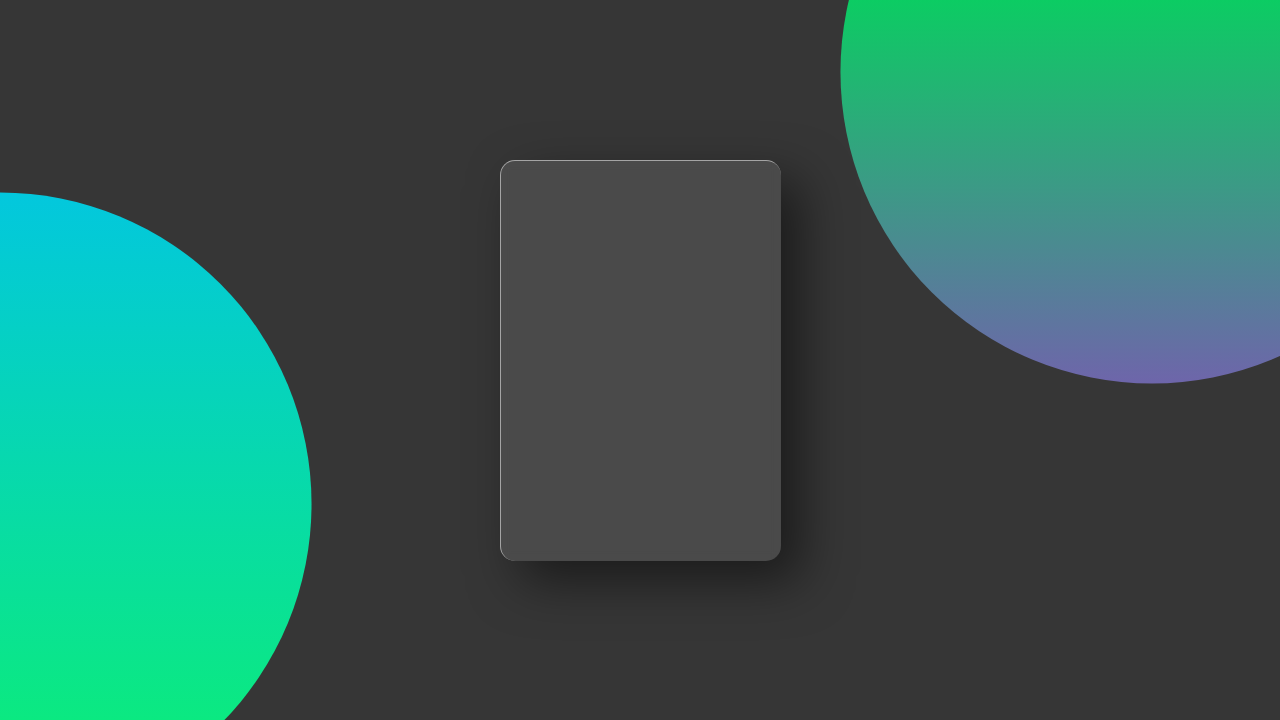
Repository: spike004/test-fb
Page: index.html
These files come from the project's save history. The page is drawn as it stood at one moment and after the next save; the edit follows.
The browser window is 1280 px wide. The pictures show the whole page.

Above is the page before, as saved 2022-02-06 10:33:24.

### index.html
<!DOCTYPE html>
<html lang="en">
<head>
    <meta charset="UTF-8">
    <meta http-equiv="X-UA-Compatible" content="IE=edge">
    <meta name="viewport" content="width=device-width, initial-scale=1.0">
    <title>Document</title>
    <link rel="stylesheet" href="./glassmorph-card.css">
    <meta property="og:url"           content="https://spike004.github.io/test-fb" />
<meta property="og:type"          content="website" />
<meta property="og:title"         content="test-fb" />
<meta property="og:description"   content="This is slow AFiiiii" />
<meta property="og:image"         content="https://spike004.github.io/test-fb/fb-test.png" />
    <style>
        body{
            margin: 0;
            padding: 0;
            overflow: hidden;
            width: 100vw;
            min-height: 100vh;
            background: rgb(54, 54, 54);
            display: flex;
            justify-content: center;
            align-items: center;
        }
        body:before{
            content: '';
            position: absolute;
            top: 0;
            left: 0;
            width: 100%;
            height: 100%;
            background: linear-gradient(rgb(0, 187, 255), rgb(11, 233, 129));
            clip-path: circle(30% at left 70%);
        }
        body:after{
            content: '';
            position: absolute;
            top: 0;
            left: 0;
            width: 100%;
            height: 100%;
            background: linear-gradient(rgb(12, 204, 99), rgb(196, 11, 233));
            clip-path: circle(30% at 90% 10%);
        }

    </style>
</head>
<body>
    <div id="fb-root"></div>
    <script>(function(d, s, id) {
    var js, fjs = d.getElementsByTagName(s)[0];
    if (d.getElementById(id)) return;
    js = d.createElement(s); js.id = id;
    js.src = "https://connect.facebook.net/en_US/sdk.js#xfbml=1&version=v3.0";
    fjs.parentNode.insertBefore(js, fjs);
    }(document, 'script', 'facebook-jssdk'));</script>
    <div class="container">
        <div class="glassmorph-card">
            <div class="glare"></div>
            <div class="content">
              <div class="img-container">
                <img src="./fb-test.png" />
            </div>
            <div class="fb-share-button" data-href="https://spike004.github.io/test-fb" data-layout="button" data-size="large"><a href="https://spike004.github.io/test-fb" target="_blank"  class="fb-xfbml-parse-ignore">WTF</a></div>
        <div class="glassmorph-card">
            <div class="content">
                <h2>03</h2>
                <h3>Premium</h3>
                <div class="price">$500</div>
                <ul>
                    <li>1 Website</li>
                    <li>100gb SSD</li>
                    <li>Domain name</li>
                </ul>

            </div>
        </div>
        <div class="glassmorph-card">
            <div class="content">
                <h2>03</h2>
                <h3>Premium</h3>
                <div class="price">$500</div>
                <ul>
                    <li>1 Website</li>
                    <li>100gb SSD</li>
                    <li>Domain name</li>
                </ul>

            </div>
        </div>

    </div>
    <!-- <script src="js/vanilla-tilt-min.js"></script>
    <script>
        VanillaTilt.init(document.querySelectorAll(".glassmorph-card"), {
            max: 25,
            speed: 400,
            glare: true,
            "max-glare": 1,
        })
    </script> -->
</body>
</html>

### glassmorph-card.css
.container{
    position: relative;
    display: flex;
    justify-content: center;
    align-items: center;
    max-width: 1200px;
    flex-wrap: wrap;
    z-index: 1;
}
.container .glassmorph-card{
    position: relative;
    width: 280px;
    height: 400px;
    margin: 30px;
    box-shadow: 20px 20px 50px rgba(0, 0, 0, 0.5);
    border-radius: 15px;
    background: rgba(255, 255, 255, 0.1);
    overflow: hidden;
    display: flex;
    justify-content: center;
    align-items: center;
    border-top: 1px solid rgba(255, 255, 255, 0.5);
    border-left: 1px solid rgba(255, 255, 255, 0.5);
    backdrop-filter: blur(5px);
    transition: ease-in-out 400ms;
}
/* .container .glassmorph-card:hover{
    transform-origin: 50% 50%;
transform: rotate3d(2, 1, -8,
-4deg);
} */

.container .glassmorph-card .content{
    padding: 20px;
    text-align: center;
    transform: translateY(100px);
    opacity: 0;
    transition: ease-in-out .5s;
}
.container .glassmorph-card:hover .content{
    transform: translateY(0px);
    opacity: 1;
}
.container .glassmorph-card .content h2{
    margin: 0;
    position: absolute;
    top: -80px;
    right: 30px;
    font-size: 8em;
    color: rgba(255, 255, 255, 0.5);
    pointer-events: none;
}
.container .glassmorph-card .content h3{
    font-size: 1.8em;
    color: #fff;
    z-index: 1;
}
.container .glassmorph-card .content .price{
    font-size: 40px;
    margin-bottom: 20px;
    font-size: 1.8em;
    color: #fff;
    z-index: 2;
}
.container .glassmorph-card .content ul{
    margin: 0;
    padding: 0;
}
.container .glassmorph-card .content ul li{
    padding: 10px 0;
    list-style: none;
    font-size: 1em;
    color: #fff;
    font-weight: 300;
}
.container .glassmorph-card .content a{
    position: relative;
    display: inline-block;
    padding: 8px 20px;
    margin-top: 15px;
    background: #fff;
    color: #000;
    border-radius: 20px;
    text-decoration: none;
    font-weight: 500;
    box-shadow: 0 5px 15px rgba(0, 0, 0, 0.2);
}

After the next save:
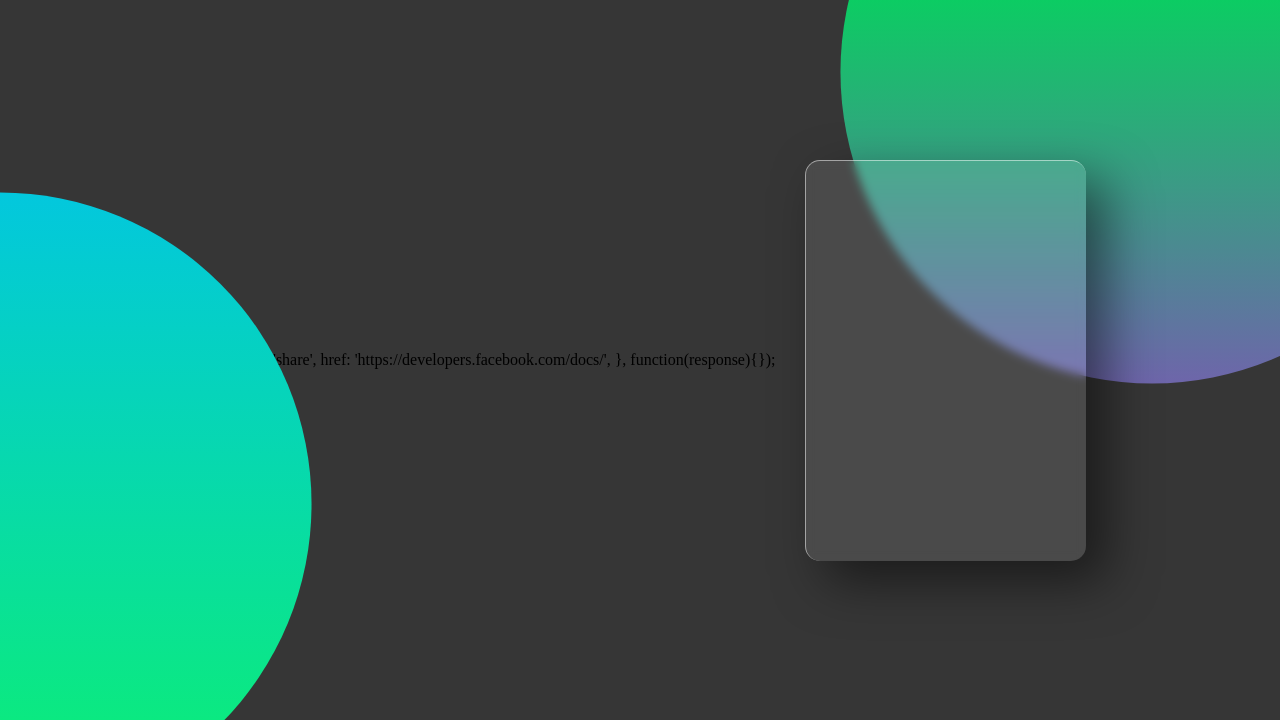
Saved 3 min 56 s later.
--- a/index.html
+++ b/index.html
@@ -55,6 +55,10 @@
     js.src = "https://connect.facebook.net/en_US/sdk.js#xfbml=1&version=v3.0";
     fjs.parentNode.insertBefore(js, fjs);
     }(document, 'script', 'facebook-jssdk'));</script>
+    FB.ui({
+        method: 'share',
+        href: 'https://developers.facebook.com/docs/',
+      }, function(response){});
     <div class="container">
         <div class="glassmorph-card">
             <div class="glare"></div>

After the 2 saves that followed:
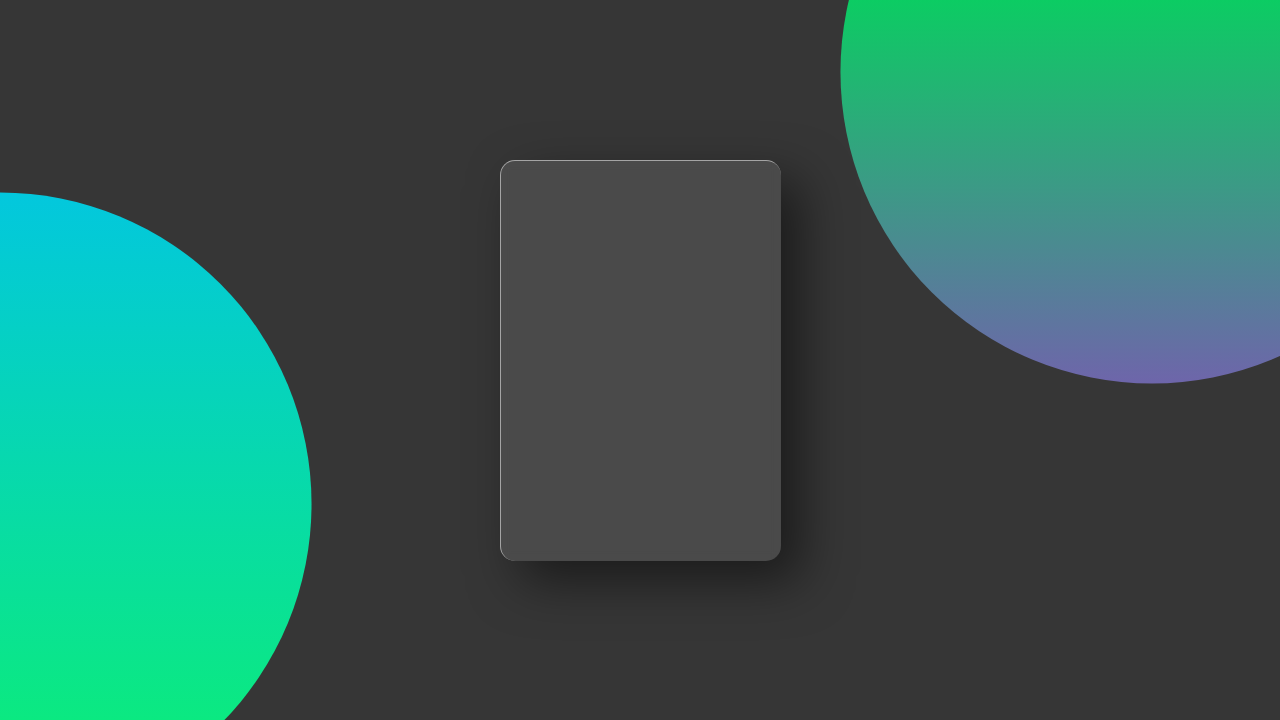
Console error: ReferenceError: FB is not defined
The 2 saves are shown as one change because they came seconds apart.
The last was saved 7 s later.
--- a/index.html
+++ b/index.html
@@ -54,11 +54,12 @@
     js = d.createElement(s); js.id = id;
     js.src = "https://connect.facebook.net/en_US/sdk.js#xfbml=1&version=v3.0";
     fjs.parentNode.insertBefore(js, fjs);
-    }(document, 'script', 'facebook-jssdk'));</script>
+    }(document, 'script', 'facebook-jssdk'));
     FB.ui({
-        method: 'share',
-        href: 'https://developers.facebook.com/docs/',
-      }, function(response){});
+  method: 'share',
+  href: 'https://developers.facebook.com/docs/',
+}, function(response){});</script>
+
     <div class="container">
         <div class="glassmorph-card">
             <div class="glare"></div>
